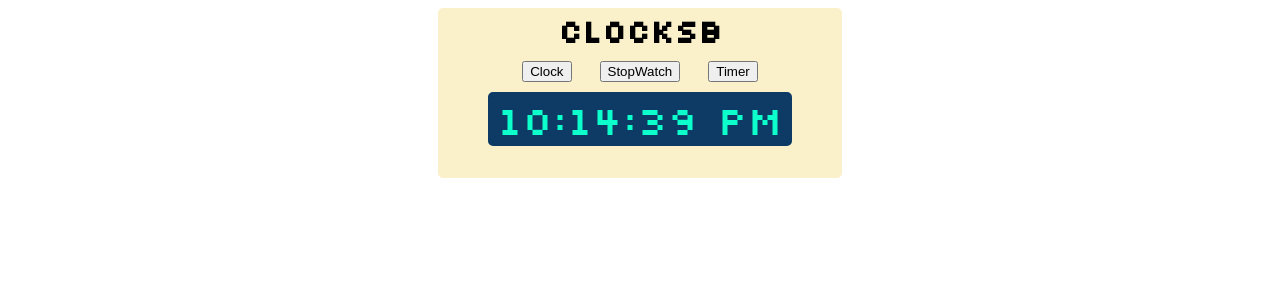
Repository: ourshadetree/clockSB
Page: index.html
An editor plug-in stored every save of this project. The page is shown before and after the next save, followed by the edit.
The browser window is 1280 px wide. The pictures show the whole page.

Above is the page before, as saved 2025-12-05 23:30:38.

### index.html
<!DOCTYPE html>
<html lang="en">
<head>
    <meta charset="UTF-8">
    <meta name="viewport" content="width=device-width, initial-scale=1.0">
    <title>clockSB</title>
    <link href="style.css" rel="stylesheet"/>
    <script src="index.js"></script>
</head>
<body>
    <div id="outer-shell">
        <h1 id="title">ClockSB</h1>
        <button>Clock</button>
        <button>StopWatch</button>
        <button>Timer</button>
        <div id="screen">
            <span id="clockScreen">Clock stuff</span>
        </div>
    </div>
</body>
</html>

### style.css
@font-face {
    font-family: 'Silkscreen';
    src: url('./fonts/Silkscreen-Regular.ttf') format('truetype');
    font-weight: normal;
    font-style: normal;
}

body {
    font-family: 'Silkscreen', sans-serif;
    text-align: center;
}

#clockScreen {
    color: aquamarine;
    mix-blend-mode: hard-light;
    font-size: 40px;
}

#title {
    margin: 0;
}

button {
    margin: 10px;
}

#outer-shell {
    margin: auto;
    border: 2px solid #FAF0CA;
    border-radius: 5px;
    background-color: #FAF0CA;
    padding-bottom: 30px;
    width: 400px;
}

#screen {
    margin: auto;
    border: 2px solid #0D3B66;
    border-radius: 5px;
    background-color: #0D3B66;

    width: 300px;
    height: 50px;
}

### index.js
var checkT = new Date();
var time;
var amPm = "AM";
var seconds;
var minutes;
var hours;

window.onload = function() {
    getTime();
    setInterval(getTime, 1000);
}

function getTime() {
    var currentTime = new Date();
    minutes = currentTime.getMinutes();
    hours = currentTime.getHours();
    seconds = currentTime.getSeconds();

    if(hours > 12) {
        amPm = "PM";
    } else {
        amPm = "AM";
    }

    if(hours > 12) {
        hours = hours - 12;
    }

    if(minutes < 10) {
        minutes = "0" + minutes;
    }

    if(seconds < 10) {
        seconds = "0" + seconds;
    }

    let time = hours + ":" + minutes + ":" + seconds + " " + amPm;

    let timeNow = document.getElementById("clockScreen");
    timeNow.innerHTML = time;

}

After the next save:
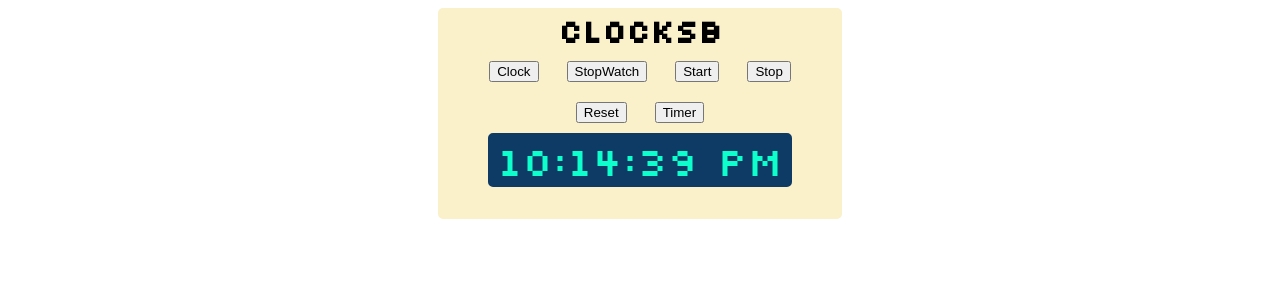
Saved 11 min 59 s later.
--- a/index.html
+++ b/index.html
@@ -11,7 +11,10 @@
     <div id="outer-shell">
         <h1 id="title">ClockSB</h1>
         <button>Clock</button>
-        <button>StopWatch</button>
+        <button onClick="openSW()">StopWatch</button>
+        <button onClick="start()">Start</button>
+        <button onClick="end()">Stop</button>
+        <button onClick="reset()">Reset</button>
         <button>Timer</button>
         <div id="screen">
             <span id="clockScreen">Clock stuff</span>
